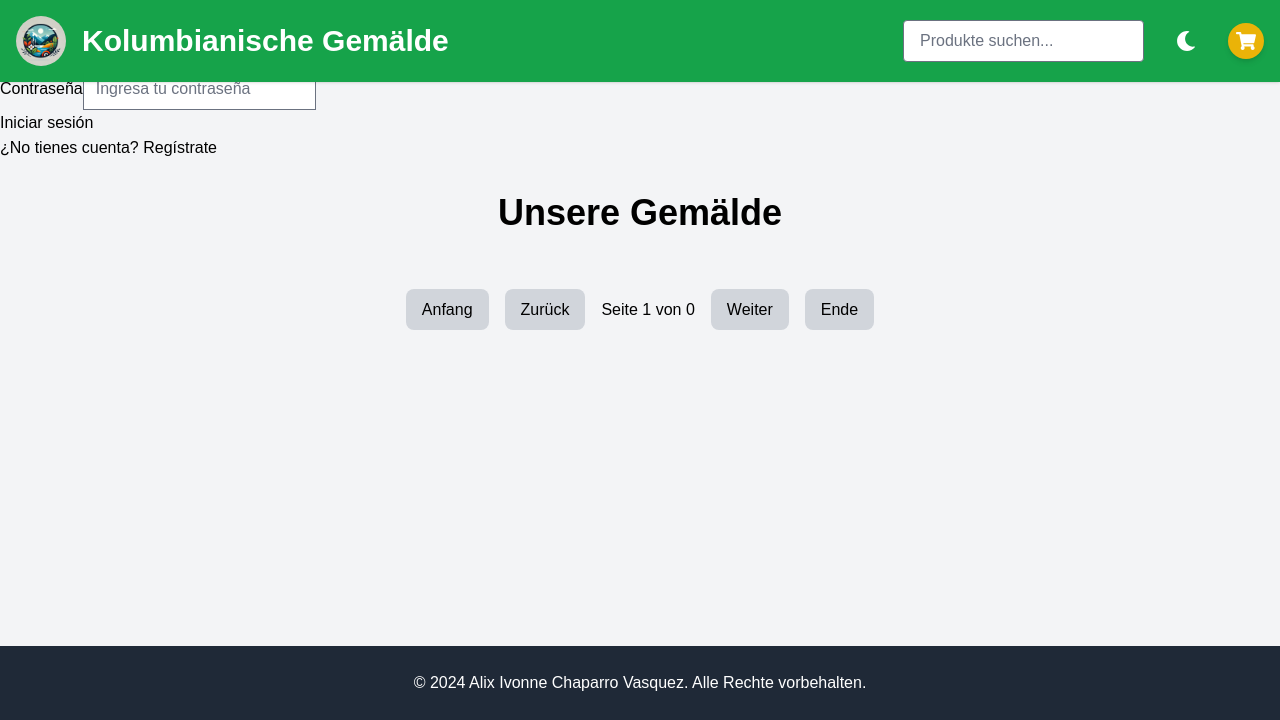
Repository: alixchaparrov/bilder-shop
Page: /
The author's editor kept a copy of each file at every save. The page is drawn from the files as they stood at one save, then again after the next save.
The browser window is 1280 px wide. The pictures show the whole page.
The page's requests for data from a server got no answer. The project was rebuilt for these pictures with package versions that can differ from the ones it lists, and the page was loaded fresh each time. The framework's server and built-in components were replaced by stand-ins that run in the browser. No one was signed in, and anything a server would have sent is missing. Also part of the build but not shown: next.config.ts, src/app/components/ProductCard.tsx.

Above is the page before, as saved 2024-12-27 18:30:19.

### src/app/layout.tsx
"use client";

import "./globals.css";
import { Geist, Geist_Mono } from "next/font/google";

const geistSans = Geist({
  variable: "--font-geist-sans",
  subsets: ["latin"],
});

const geistMono = Geist_Mono({
  variable: "--font-geist-mono",
  subsets: ["latin"],
});

export default function RootLayout({
  children,
}: {
  children: React.ReactNode;
}) {
  return (
    <html lang="de">
      <head>
        <title>Kolumbianische Gemälde</title>
        <meta
          name="description"
          content="Galerie von kolumbianischen Landschaftsgemälden. Entdecken Sie die Schönheit Kolumbiens durch unsere einzigartigen Kunstwerke."
        />
        <meta
          name="keywords"
          content="Kolumbianische Kunst, Landschaftsgemälde, Gemälde kaufen"
        />
        <link rel="icon" href="/favicon.ico" />
      </head>
      <body className={`${geistSans.variable} ${geistMono.variable} antialiased`}>
        {children}
      </body>
    </html>
  );
}

### src/app/page.tsx
"use client";

import { useState, useEffect } from "react";
import client from "@/lib/sanity";
import ProductCard from "@/app/components/ProductCard";
import Image from "next/image";
import { useCartStore } from "@/store/cartStore";
import { FaMinus, FaPlus, FaTrash, FaShoppingCart, FaMoon, FaSun } from "react-icons/fa";
import AuthComponent from "@/app/components/AuthComponent"; // Importación del componente de autenticación

export default function Home() {
  const [products, setProducts] = useState([]);
  const { cart, addToCart, removeFromCart, clearCart, removeOneFromCart } =
    useCartStore();
  const [searchQuery, setSearchQuery] = useState("");
  const [darkMode, setDarkMode] = useState(false);
  const [showCart, setShowCart] = useState(false);
  const [currentPage, setCurrentPage] = useState(1);
  const itemsPerPage = 6;

  useEffect(() => {
    const fetchProducts = async () => {
      try {
        const fetchedProducts = await client.fetch(`*[_type == "product"]`);
        setProducts(fetchedProducts);
      } catch (err) {
        console.error("Error al cargar productos:", err);
      }
    };

    fetchProducts();
  }, []);

  const filteredProducts = products.filter((product) =>
    product.name.toLowerCase().includes(searchQuery.toLowerCase())
  );

  const totalPages = Math.ceil(filteredProducts.length / itemsPerPage);
  const paginatedProducts = filteredProducts.slice(
    (currentPage - 1) * itemsPerPage,
    currentPage * itemsPerPage
  );

  const getTotalPrice = () => {
    return cart.reduce((total, item) => total + item.price * item.quantity, 0);
  };

  return (
    <div
      className={`min-h-screen flex flex-col ${
        darkMode ? "bg-gray-900 text-white" : "bg-gray-100 text-black"
      }`}
    >
      {/* Mostrar AuthComponent si no hay usuario autenticado */}
      <AuthComponent /> {/* Agregado aquí, antes de la barra de navegación */}

      {/* Barra de navegación */}
      <nav className="p-4 fixed top-0 w-full shadow bg-green-600 text-white z-10">
        <div className="max-w-7xl mx-auto flex justify-between items-center">
          <div className="flex items-center space-x-4">
            <Image
              src="/images/logo.png"
              alt="Kolumbianische Gemälde Logo"
              width={50}
              height={50}
              className="rounded-full"
            />
            <h1 className="text-3xl font-bold">Kolumbianische Gemälde</h1>
          </div>
          <div className="flex items-center space-x-4">
            <input
              type="text"
              placeholder="Produkte suchen..."
              className="px-4 py-2 rounded-lg text-black"
              value={searchQuery}
              onChange={(e) => setSearchQuery(e.target.value)}
            />
            <button
              className="px-4 py-2 rounded-lg"
              onClick={() => setDarkMode(!darkMode)}
            >
              {darkMode ? <FaSun size={20} /> : <FaMoon size={20} />}
            </button>
            <button
              className="cart-button flex items-center space-x-2 text-white"
              onClick={() => setShowCart(!showCart)}
            >
              <FaShoppingCart size={20} />
              {cart.length > 0 && (
                <span className="cart-counter">
                  {cart.reduce((total, item) => total + item.quantity, 0)}
                </span>
              )}
            </button>
          </div>
        </div>
      </nav>

      {/* Contenido principal */}
      <main className="flex-grow pt-24 p-4 sm:p-8 max-w-7xl mx-auto">
        <h2 className="text-2xl sm:text-3xl lg:text-4xl font-semibold text-center mb-6">
          Unsere Gemälde
        </h2>
        <div className="grid grid-cols-1 sm:grid-cols-2 lg:grid-cols-3 gap-6">
          {paginatedProducts.map((product) => (
            <ProductCard key={product._id} product={product} />
          ))}
        </div>

        {/* Paginación */}
        <div className="flex justify-center items-center mt-8 space-x-4">
          <button
            className="bg-gray-300 px-4 py-2 rounded-lg"
            disabled={currentPage === 1}
            onClick={() => setCurrentPage(1)}
          >
            Anfang
          </button>
          <button
            className="bg-gray-300 px-4 py-2 rounded-lg"
            disabled={currentPage === 1}
            onClick={() => setCurrentPage(currentPage - 1)}
          >
            Zurück
          </button>
          <span>
            Seite {currentPage} von {totalPages}
          </span>
          <button
            className="bg-gray-300 px-4 py-2 rounded-lg"
            disabled={currentPage === totalPages}
            onClick={() => setCurrentPage(currentPage + 1)}
          >
            Weiter
          </button>
          <button
            className="bg-gray-300 px-4 py-2 rounded-lg"
            disabled={currentPage === totalPages}
            onClick={() => setCurrentPage(totalPages)}
          >
            Ende
          </button>
        </div>
      </main>

      {/* Modal del carrito */}
      {showCart && (
        <div className="modal-overlay" onClick={() => setShowCart(false)}>
          <div className="modal-content" onClick={(e) => e.stopPropagation()}>
            <h2 className="modal-header">Warenkorb</h2>
            {cart.length > 0 ? (
              <>
                <ul>
                  {cart.map((item) => (
                    <li key={item._id} className="flex justify-between items-center">
                      <span>
                        {item.name} (x{item.quantity}) - {item.price * item.quantity} €
                      </span>
                      <div className="flex items-center space-x-2">
                        {/* Botones de control del carrito */}
                        <button
                          onClick={() => removeOneFromCart(item._id)}
                          className="text-yellow-500 hover:text-yellow-700"
                          title="Reduzca la cantidad"
                        >
                          <FaMinus />
                        </button>

                        <button
                          onClick={() => addToCart(item)}
                          className="text-green-500 hover:text-green-700"
                          title="Agregar uno más"
                        >
                          <FaPlus />
                        </button>

                        <button
                          onClick={() => removeFromCart(item._id)}
                          className="text-red-500 hover:text-red-700"
                          title="Eliminar producto"
                        >
                          <FaTrash />
                        </button>
                      </div>
                    </li>
                  ))}
                </ul>
                <div className="mt-4 flex justify-between">
                  <button
                    onClick={() => clearCart()}
                    className="bg-red-500 text-white px-4 py-2 rounded hover:bg-red-600"
                  >
                    Warenkorb leeren
                  </button>
                  <span className="font-bold text-lg">
                    Gesamtpreis: {getTotalPrice()} €
                  </span>
                </div>
              </>
            ) : (
              <p>Ihr Warenkorb ist leer</p>
            )}
            <button className="modal-close" onClick={() => setShowCart(false)}>
              Schließen
            </button>
          </div>
        </div>
      )}

      {/* Footer */}
      <footer className="bg-gray-800 text-white p-6 text-center">
        <p>
          © {new Date().getFullYear()} Alix Ivonne Chaparro Vasquez. Alle Rechte
          vorbehalten.
        </p>
      </footer>
    </div>
  );
}

### src/app/globals.css
@tailwind base;
@tailwind components;
@tailwind utilities;

/* Variables de color */
:root {
  --background: #ffffff; /* Fondo claro */
  --foreground: #000000; /* Texto oscuro */
  --primary: #00704A; /* Verde primario */
  --secondary: #FFB400; /* Amarillo vibrante */
  --accent: #D62828; /* Rojo cálido */
}

.dark {
  --background: #000000; /* Fondo oscuro */
  --foreground: #ffffff; /* Texto claro */
  --primary: #34D399; /* Verde más claro para fondo oscuro */
  --secondary: #FACC15; /* Amarillo claro para fondo oscuro */
  --accent: #EF4444; /* Rojo vibrante */
}

@media (prefers-color-scheme: dark) {
  :root {
    --background: #0a0a0a;
    --foreground: #ededed;
  }
}

/* Estilo general */
body {
  color: var(--foreground);
  background: var(--background);
  font-family: Arial, Helvetica, sans-serif;
  line-height: 1.6; /* Mejor legibilidad */
}

/* Espaciado adicional */
main {
  padding-top: 6rem; /* Más espacio debajo de la barra de navegación */
}

/* Botones */
.btn-primary {
  @apply px-4 py-2 font-bold rounded transition duration-300;
}

.btn-green {
  @apply bg-green-500 text-white px-4 py-2 rounded-lg hover:bg-green-600 active:scale-95 shadow-sm;
}

.btn-yellow {
  @apply bg-yellow-500 text-black px-4 py-2 rounded-lg hover:bg-yellow-600 active:scale-95 shadow-sm;
}

.btn-gray {
  @apply bg-gray-600 text-gray-400 opacity-50 cursor-not-allowed shadow-none px-4 py-2;
}

/* Botón del carrito */
.cart-button {
  @apply relative flex items-center justify-center p-2 rounded-full bg-yellow-500 hover:bg-yellow-600 transition-colors duration-300 shadow-md;
}

.cart-counter {
  @apply absolute -top-1 -right-1 bg-red-500 text-white rounded-full w-6 h-6 flex items-center justify-center text-sm font-bold shadow-lg;
}

/* Iconos */
.icon-cart {
  @apply flex items-center justify-center rounded-full p-2 shadow-md;
  background-color: var(--secondary);
  color: var(--foreground);
  transition: transform 0.3s;
}

.icon-cart:hover {
  @apply scale-105;
}

.icon-cart-badge {
  @apply absolute bg-red-500 text-white rounded-full flex items-center justify-center text-xs font-bold;
  width: 1.5rem;
  height: 1.5rem;
  top: -0.5rem;
  right: -0.5rem;
  box-shadow: 0 2px 4px rgba(0, 0, 0, 0.2);
}

/* Modal del carrito */
.modal-overlay {
  @apply fixed inset-0 bg-black bg-opacity-60 flex justify-center items-center z-50;
}

.modal-content {
  @apply bg-white text-black dark:bg-gray-800 dark:text-gray-200 p-6 rounded-lg shadow-lg max-w-lg w-full;
}

.modal-content .text-lg {
  font-size: 1.125rem;
}

.modal-content .text-xl {
  font-size: 1.25rem;
  font-weight: bold;
  color: var(--primary); /* Usa tu color principal */
}


.modal-header {
  @apply text-lg font-bold mb-4 text-center;
}

.modal-close {
  @apply mt-4 w-full bg-gray-800 text-white py-2 rounded hover:bg-gray-700 dark:bg-gray-600 dark:hover:bg-gray-500;
}

/* Estilo para las tarjetas */
.card {
  @apply bg-card shadow-card rounded-lg overflow-hidden flex flex-col transition-transform duration-300 hover:scale-105 hover:shadow-lg;
}

.card-title {
  @apply text-lg sm:text-xl font-serif font-bold;
}

.card-description {
  @apply text-sm sm:text-base text-gray-600;
}

.card-price {
  @apply text-lg font-semibold text-accent mt-2;
}

.cart-button {
  @apply relative flex items-center justify-center p-2 rounded-full bg-yellow-500 hover:bg-yellow-600 transition-colors duration-300 shadow-md;
}

.cart-counter {
  @apply absolute -top-1 -right-1 bg-red-500 text-white rounded-full w-6 h-6 flex items-center justify-center text-sm font-bold shadow-lg;
}

/* Estilo para inputs */
input[type="text"] {
  @apply px-4 py-2 rounded border focus:outline-none focus:ring-2 focus:ring-secondary;
  transition: box-shadow 0.3s;
}

/* Transiciones suaves */
button {
  transition: transform 0.3s ease, background-color 0.3s ease, color 0.3s ease;
}

button:hover {
  transform: translateY(-2px);
}

button:active {
  transform: scale(0.95);
}

/* Contenedor de las tarjetas */
.grid-container {
  @apply gap-8;
}


/* Ajustes específicos para el diseño */
.navbar {
  @apply bg-primary text-textLight fixed top-0 left-0 right-0 z-50 flex justify-between items-center p-4;
}

.navbar input {
  @apply bg-white border-gray-300 rounded px-4 py-2 focus:outline-none focus:ring-2 focus:ring-secondary;
}

.footer {
  @apply bg-gray-800 text-white text-center py-6;
}

### src/lib/sanity.ts
import { createClient } from "@sanity/client";
import imageUrlBuilder from "@sanity/image-url";

const client = createClient({
  projectId: "mo3mvugi", // Reemplaza con tu Project ID
  dataset: "production",
  apiVersion: "2023-01-01",
  useCdn: true,
});

const builder = imageUrlBuilder(client);

export const urlFor = (source) => builder.image(source);

export default client;

### src/store/cartStore.ts
import { create } from "zustand";

export const useCartStore = create((set) => ({
  cart: [],
  addToCart: (product) =>
    set((state) => {
      const existingProduct = state.cart.find(
        (item) => item._id === product._id
      );
      const updatedCart = existingProduct
        ? state.cart.map((item) =>
            item._id === product._id
              ? { ...item, quantity: item.quantity + 1 }
              : item
          )
        : [...state.cart, { ...product, quantity: 1 }];
      return { cart: updatedCart };
    }),
  removeFromCart: (productId) =>
    set((state) => ({
      cart: state.cart.filter((item) => item._id !== productId),
    })),
    removeOneFromCart: (productId) =>
      set((state) => {
        console.log("Antes de eliminar uno:", state.cart);
        const updatedCart = state.cart
          .map((item) =>
            item._id === productId && item.quantity > 1
              ? { ...item, quantity: item.quantity - 1 }
              : item
          )
          .filter((item) => item.quantity > 0);
        console.log("Después de eliminar uno:", updatedCart);
        return { cart: updatedCart };
      }),



  clearCart: () => set({ cart: [] }), // Función para vaciar el carrito
  getTotalPrice: () => {
    const totalPrice = (get().cart || []).reduce(
      (total, item) => total + item.price * item.quantity,
      0
    );
    return totalPrice;
  },
}));

### src/app/components/AuthComponent.tsx
// src/app/components/AuthComponent.tsx
import { useState } from "react";
import { createUserWithEmailAndPassword, signInWithEmailAndPassword } from "firebase/auth";
import { auth } from "@/lib/firebaseConfig";  // Importar auth desde firebaseConfig

const AuthComponent = () => {
  const [email, setEmail] = useState("");
  const [password, setPassword] = useState("");
  const [isLogin, setIsLogin] = useState(true);  // True para Login, False para Registro
  const [error, setError] = useState("");

  // Función de registro
  const handleSignup = async () => {
    try {
      await createUserWithEmailAndPassword(auth, email, password);
      alert("Registro exitoso");
    } catch (error: any) {
      setError(error.message);
    }
  };

  // Función de inicio de sesión
  const handleLogin = async () => {
    try {
      await signInWithEmailAndPassword(auth, email, password);
      alert("Inicio de sesión exitoso");
    } catch (error: any) {
      setError(error.message);
    }
  };

  const toggleLoginSignup = () => {
    setIsLogin(!isLogin);
    setError("");  // Limpiar errores al cambiar entre login y signup
  };

  return (
    <div className="auth-container">
      <h2>{isLogin ? "Iniciar sesión" : "Registrarse"}</h2>
      <form>
        <div>
          <label>Email</label>
          <input
            type="email"
            value={email}
            onChange={(e) => setEmail(e.target.value)}
            placeholder="Ingresa tu email"
          />
        </div>
        <div>
          <label>Contraseña</label>
          <input
            type="password"
            value={password}
            onChange={(e) => setPassword(e.target.value)}
            placeholder="Ingresa tu contraseña"
          />
        </div>
        {error && <p style={{ color: "red" }}>{error}</p>}
        <button type="button" onClick={isLogin ? handleLogin : handleSignup}>
          {isLogin ? "Iniciar sesión" : "Registrarse"}
        </button>
      </form>
      <p onClick={toggleLoginSignup} style={{ cursor: "pointer" }}>
        {isLogin
          ? "¿No tienes cuenta? Regístrate"
          : "¿Ya tienes cuenta? Inicia sesión"}
      </p>
    </div>
  );
};

export default AuthComponent;

### src/lib/firebaseConfig.ts
// Import the functions you need from the SDKs you need
import { initializeApp } from "firebase/app";
import { getAuth } from "firebase/auth";
// TODO: Add SDKs for Firebase products that you want to use
// https://firebase.google.com/docs/web/setup#available-libraries

// Your web app's Firebase configuration
const firebaseConfig = {
  apiKey: "AIzaSyBjLQpieiT0z4U_M7pGN99y-vyqU0DEOds",
  authDomain: "kolumbianischegemmaelde.firebaseapp.com",
  projectId: "kolumbianischegemmaelde",
  storageBucket: "kolumbianischegemmaelde.firebasestorage.app",
  messagingSenderId: "469106886611",
  appId: "1:469106886611:web:90c2a31a8bad993ab3d126"
};

// Inicializar la app de Firebase
const app = initializeApp(firebaseConfig);

// Inicializar la autenticación
const auth = getAuth(app);

export { auth };  // Exportar auth para su uso en otros archivos

### tailwind.config.ts
import type { Config } from "tailwindcss";

import forms from "@tailwindcss/forms";

export default {
  content: [
    "./src/**/*.{js,ts,jsx,tsx}",
    "./src/pages/**/*.{js,ts,jsx,tsx}",
    "./src/components/**/*.{js,ts,jsx,tsx}",
    "./src/app/**/*.{js,ts,jsx,tsx}",
  ],
  theme: {
    extend: {
      colors: {
        primary: "#00704A", // Verde oscuro para un estilo tropical
        secondary: "#FFB400", // Amarillo vibrante para resaltar
        accent: "#D62828", // Rojo cálido para botones o acentos
        background: "#F3F4F6", // Fondo neutro claro
        card: "#FFFFFF", // Fondo blanco para tarjetas
        textDark: "#1B1B1B", // Texto oscuro
        textLight: "#FAFAFA", // Texto claro
      },
      fontFamily: {
        sans: ["Poppins", "sans-serif"], // Elegante y moderna
        serif: ["Merriweather", "serif"], // Clásica para títulos
      },
      boxShadow: {
        card: "0 4px 6px rgba(0, 0, 0, 0.1)", // Sombra suave para tarjetas
      },
    },
  },
  darkMode: "class", // Activa el soporte para modo oscuro
  plugins: [require("@tailwindcss/forms")], // Usa el plugin importado
} satisfies Config;

After the next save:
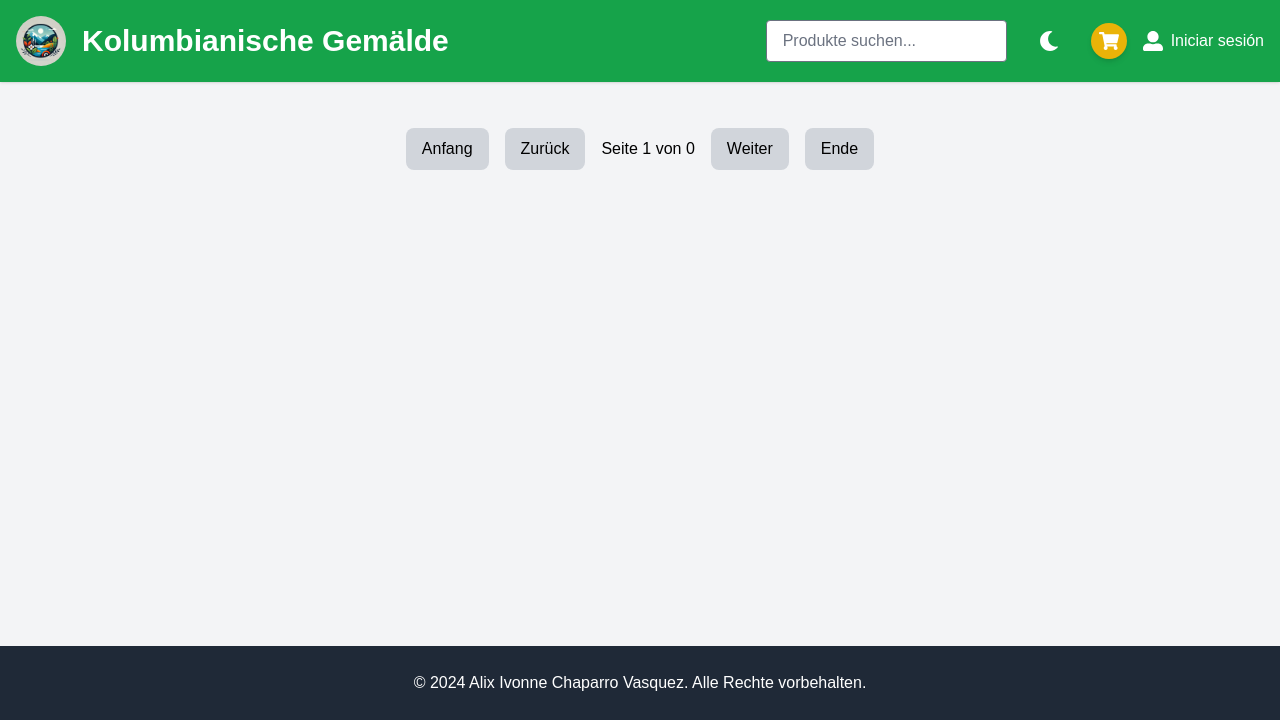
Saved 4 min 4 s later.
--- a/src/app/page.tsx
+++ b/src/app/page.tsx
@@ -5,7 +5,7 @@ import client from "@/lib/sanity";
 import ProductCard from "@/app/components/ProductCard";
 import Image from "next/image";
 import { useCartStore } from "@/store/cartStore";
-import { FaMinus, FaPlus, FaTrash, FaShoppingCart, FaMoon, FaSun } from "react-icons/fa";
+import { FaMinus, FaPlus, FaTrash, FaShoppingCart, FaMoon, FaSun, FaUserAlt } from "react-icons/fa";
 import AuthComponent from "@/app/components/AuthComponent"; // Importación del componente de autenticación
 
 export default function Home() {
@@ -18,6 +18,8 @@ export default function Home() {
   const [currentPage, setCurrentPage] = useState(1);
   const itemsPerPage = 6;
 
+  const [showModal, setShowModal] = useState(false); // Estado para el modal de autenticación
+
   useEffect(() => {
     const fetchProducts = async () => {
       try {
@@ -51,9 +53,6 @@ export default function Home() {
         darkMode ? "bg-gray-900 text-white" : "bg-gray-100 text-black"
       }`}
     >
-      {/* Mostrar AuthComponent si no hay usuario autenticado */}
-      <AuthComponent /> {/* Agregado aquí, antes de la barra de navegación */}
-
       {/* Barra de navegación */}
       <nav className="p-4 fixed top-0 w-full shadow bg-green-600 text-white z-10">
         <div className="max-w-7xl mx-auto flex justify-between items-center">
@@ -92,9 +91,38 @@ export default function Home() {
                 </span>
               )}
             </button>
+            {/* Botón de login */}
+            <button
+              className="text-white flex items-center"
+              onClick={() => setShowModal(true)}  // Abre el modal
+            >
+              <FaUserAlt size={20} className="mr-2" /> Iniciar sesión
+            </button>
           </div>
         </div>
       </nav>
+
+      {/* Modal de autenticación */}
+      {showModal && (
+        <div
+          className="fixed inset-0 bg-gray-500 bg-opacity-75 flex justify-center items-center z-50"
+          onClick={() => setShowModal(false)}  // Cierra el modal cuando se hace clic fuera de él
+        >
+          <div
+            className="bg-white p-8 rounded-lg shadow-lg max-w-sm w-full"
+            onClick={(e) => e.stopPropagation()} // Previene el cierre cuando se hace clic dentro
+          >
+            <button
+              className="absolute top-2 right-2 text-gray-700"
+              onClick={() => setShowModal(false)}  // Cierra el modal
+            >
+              X
+            </button>
+            <h2 className="text-2xl font-semibold text-center mb-4">Iniciar sesión o Registrarse</h2>
+            <AuthComponent />
+          </div>
+        </div>
+      )}
 
       {/* Contenido principal */}
       <main className="flex-grow pt-24 p-4 sm:p-8 max-w-7xl mx-auto">
@@ -157,27 +185,21 @@ export default function Home() {
                         {item.name} (x{item.quantity}) - {item.price * item.quantity} €
                       </span>
                       <div className="flex items-center space-x-2">
-                        {/* Botones de control del carrito */}
                         <button
                           onClick={() => removeOneFromCart(item._id)}
                           className="text-yellow-500 hover:text-yellow-700"
-                          title="Reduzca la cantidad"
                         >
                           <FaMinus />
                         </button>
-
                         <button
                           onClick={() => addToCart(item)}
                           className="text-green-500 hover:text-green-700"
-                          title="Agregar uno más"
                         >
                           <FaPlus />
                         </button>
-
                         <button
                           onClick={() => removeFromCart(item._id)}
                           className="text-red-500 hover:text-red-700"
-                          title="Eliminar producto"
                         >
                           <FaTrash />
                         </button>
@@ -210,8 +232,7 @@ export default function Home() {
       {/* Footer */}
       <footer className="bg-gray-800 text-white p-6 text-center">
         <p>
-          © {new Date().getFullYear()} Alix Ivonne Chaparro Vasquez. Alle Rechte
-          vorbehalten.
+          © {new Date().getFullYear()} Alix Ivonne Chaparro Vasquez. Alle Rechte vorbehalten.
         </p>
       </footer>
     </div>
